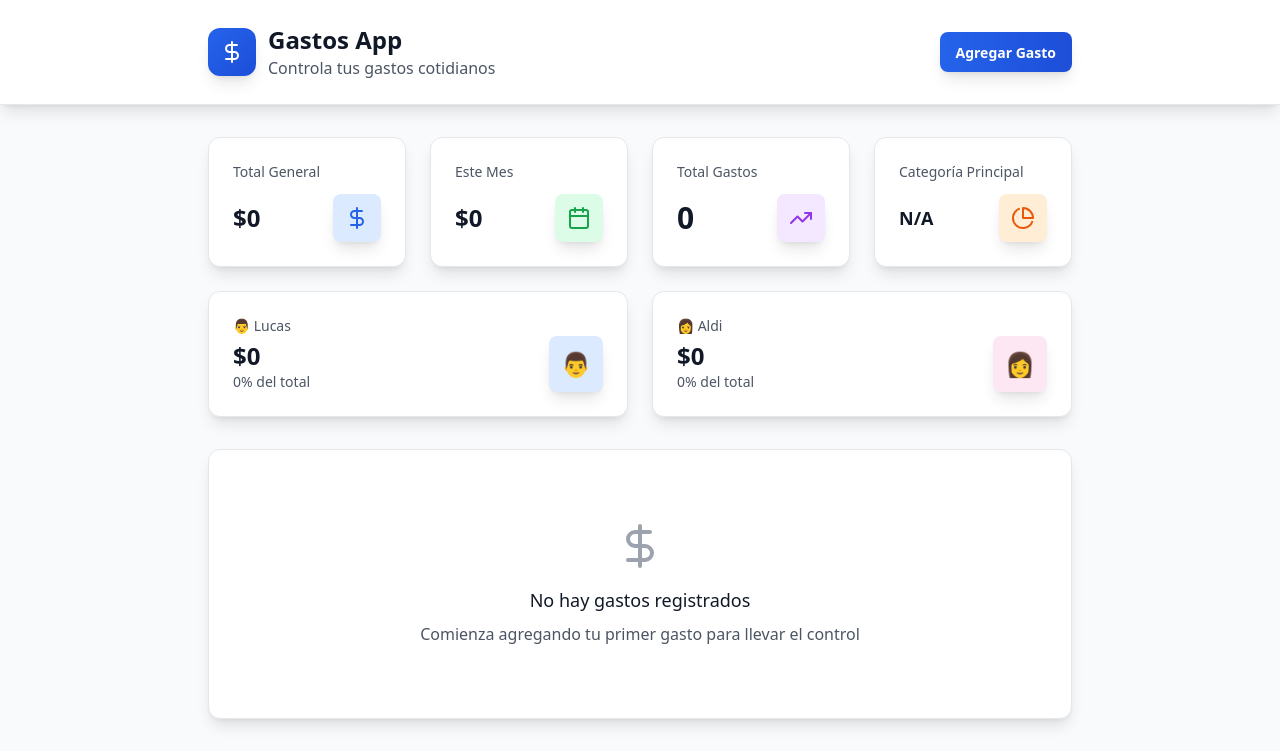
Repository: lucastenaglia/Gastosapp
Page: /
An editor plug-in stored every save of this project. The page is shown before and after the next save, followed by the edit.
The browser window is 1280 px wide. The pictures show the whole page.
The page's requests for data from a server got no answer. The project was rebuilt for these pictures with package versions that can differ from the ones it lists, and the page was loaded fresh each time. No one was signed in, and anything a server would have sent is missing. Also part of the build but not shown: vite.config.js, src/components/ExpenseForm.jsx.

Above is the page before, as saved 2025-08-03 21:51:34.

After the next save:
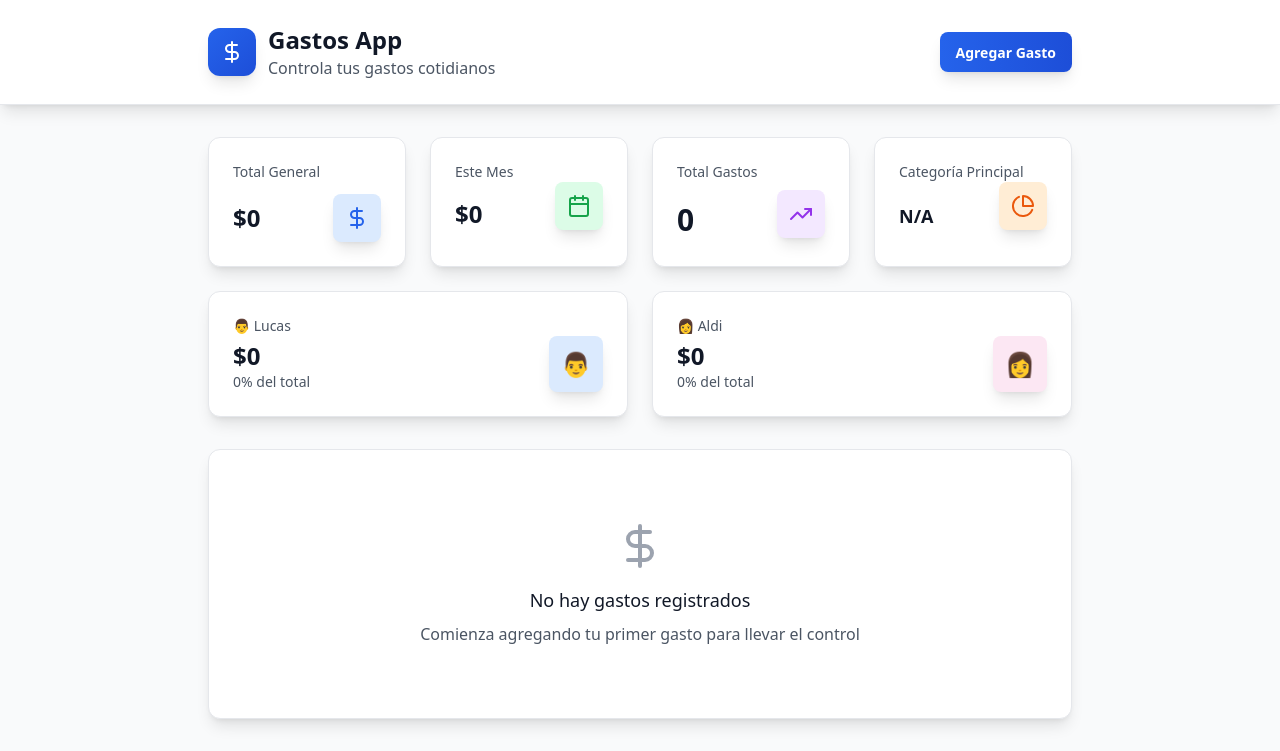
Saved 13 s later.
--- a/src/components/ExpenseSummary.jsx
+++ b/src/components/ExpenseSummary.jsx
@@ -58,16 +58,14 @@ const ExpenseSummary = ({ expenses }) => {
 
                  {/* Gastos del Mes */}
          <div className="card relative p-4 sm:p-6">
-           <div className="space-y-3">
+           <div>
              <p className="text-xs sm:text-sm font-medium text-gray-600">Este Mes</p>
-             <div className="flex items-center justify-between">
-               <div className="flex-1">
-                 <p className="text-lg sm:text-xl lg:text-2xl font-bold text-gray-900">
-                   {formatCurrency(monthlyTotal)}
-                 </p>
-               </div>
-               <div className="bg-green-100 p-2 sm:p-2.5 lg:p-3 rounded-lg shadow-lg ml-4">
-                 <Calendar className="h-4 w-4 sm:h-5 sm:w-5 lg:h-6 lg:w-6 text-green-600" />
+             <div className="flex items-end justify-between">
+               <p className="text-lg sm:text-2xl font-bold text-gray-900">
+                 {formatCurrency(monthlyTotal)}
+               </p>
+               <div className="bg-green-100 p-2 sm:p-3 rounded-lg shadow-lg">
+                 <Calendar className="h-4 w-4 sm:h-6 sm:w-6 text-green-600" />
                </div>
              </div>
            </div>
@@ -75,16 +73,14 @@ const ExpenseSummary = ({ expenses }) => {
 
                  {/* Total de Gastos */}
          <div className="card relative p-4 sm:p-6">
-           <div className="space-y-3">
+           <div>
              <p className="text-xs sm:text-sm font-medium text-gray-600">Total Gastos</p>
-             <div className="flex items-center justify-between">
-               <div className="flex-1">
-                 <p className="text-2xl sm:text-3xl font-bold text-gray-900">
-                   {expenses.length}
-                 </p>
-               </div>
-               <div className="bg-purple-100 p-2 sm:p-2.5 lg:p-3 rounded-lg shadow-lg ml-4">
-                 <TrendingUp className="h-4 w-4 sm:h-5 sm:w-5 lg:h-6 lg:w-6 text-purple-600" />
+             <div className="flex items-end justify-between mt-2">
+               <p className="text-2xl sm:text-3xl font-bold text-gray-900">
+                 {expenses.length}
+               </p>
+               <div className="bg-purple-100 p-2 sm:p-3 rounded-lg shadow-lg self-end">
+                 <TrendingUp className="h-4 w-4 sm:h-6 sm:w-6 text-purple-600" />
                </div>
              </div>
            </div>
@@ -92,10 +88,10 @@ const ExpenseSummary = ({ expenses }) => {
 
                  {/* Categoría Principal */}
          <div className="card relative p-4 sm:p-6">
-           <div className="space-y-3">
+           <div>
              <p className="text-xs sm:text-sm font-medium text-gray-600">Categoría Principal</p>
-             <div className="flex items-center justify-between">
-               <div className="flex-1">
+             <div className="flex items-end justify-between">
+               <div>
                  <p className="text-base sm:text-lg font-semibold text-gray-900 capitalize">
                    {topCategory ? topCategory[0] : 'N/A'}
                  </p>
@@ -105,8 +101,8 @@ const ExpenseSummary = ({ expenses }) => {
                    </p>
                  )}
                </div>
-               <div className="bg-orange-100 p-2 sm:p-2.5 lg:p-3 rounded-lg shadow-lg ml-4">
-                 <PieChart className="h-4 w-4 sm:h-5 sm:w-5 lg:h-6 lg:w-6 text-orange-600" />
+               <div className="bg-orange-100 p-2 sm:p-3 rounded-lg shadow-lg">
+                 <PieChart className="h-4 w-4 sm:h-6 sm:w-6 text-orange-600" />
                </div>
              </div>
            </div>
